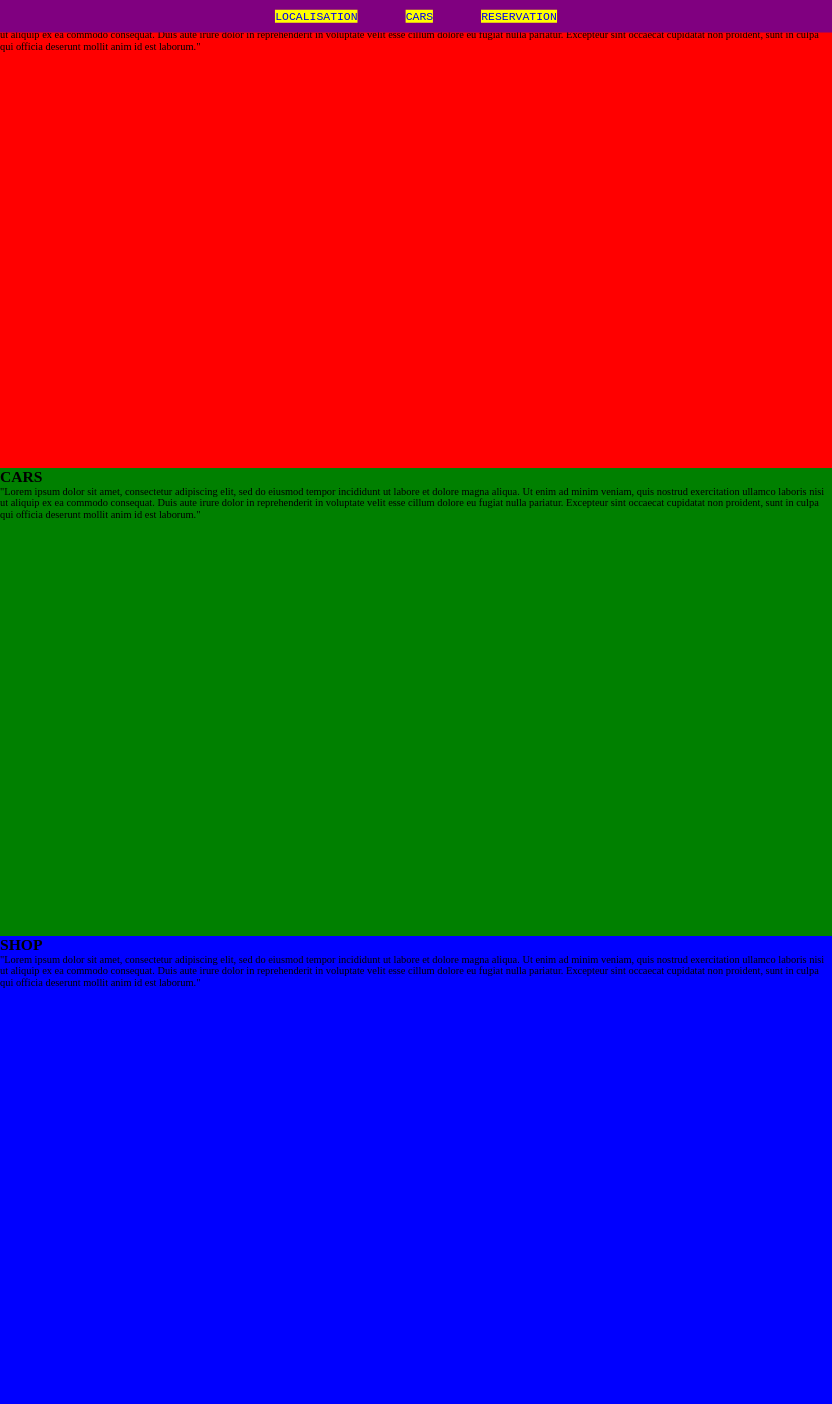
Repository: romgrm/jenaipasdevoiture
Page: src/main/java/fr/romgrm/index.html
The author's editor kept a copy of each file at every save. The page is drawn from the files as they stood at one save, then again after the next save.
The browser window is 1280 px wide. The pictures show the whole page, at 65% of full size.

Above is the page before, as saved 2020-10-15 18:31:28.

### src/main/java/fr/romgrm/index.html
<!DOCTYPE html>
<html lang="fr">
    <head>
        <title>JENAIPASDARGENT</title>
        <link rel="stylesheet" href="style.css" type="text/css"/>
    </head>
    <body>

        <div id="CONTAINER">

            <nav class="navbar">
                <ul>
                    <li id="loc"><a href="#LOCALISATION">LOCALISATION</a></li>
                    <li><a href="#SELECTCAR">CARS</a></li>
                    <li><a href="#RECAPITULATE">RESERVATION</a></li>
                </ul>
            </nav>


            <Section id="LOCALISATION">
                 <h2>HOME</h2>
                 <p>"Lorem ipsum dolor sit amet, consectetur adipiscing elit, sed do eiusmod tempor incididunt ut labore et dolore magna aliqua. Ut enim ad minim veniam, quis nostrud exercitation ullamco laboris nisi ut aliquip ex ea commodo consequat. Duis aute irure dolor in reprehenderit in voluptate velit esse cillum dolore eu fugiat nulla pariatur. Excepteur sint occaecat cupidatat non proident, sunt in culpa qui officia deserunt mollit anim id est laborum."</p>
            </Section>




            <Section id="SELECTCAR">
                <h2>CARS</h2>
                <p>"Lorem ipsum dolor sit amet, consectetur adipiscing elit, sed do eiusmod tempor incididunt ut labore et dolore magna aliqua. Ut enim ad minim veniam, quis nostrud exercitation ullamco laboris nisi ut aliquip ex ea commodo consequat. Duis aute irure dolor in reprehenderit in voluptate velit esse cillum dolore eu fugiat nulla pariatur. Excepteur sint occaecat cupidatat non proident, sunt in culpa qui officia deserunt mollit anim id est laborum."</p>
            </Section>




            <Section id="RECAPITULATE">
                <h2>SHOP</h2>
                <p>"Lorem ipsum dolor sit amet, consectetur adipiscing elit, sed do eiusmod tempor incididunt ut labore et dolore magna aliqua. Ut enim ad minim veniam, quis nostrud exercitation ullamco laboris nisi ut aliquip ex ea commodo consequat. Duis aute irure dolor in reprehenderit in voluptate velit esse cillum dolore eu fugiat nulla pariatur. Excepteur sint occaecat cupidatat non proident, sunt in culpa qui officia deserunt mollit anim id est laborum."</p>
            </Section>



        </div>

### src/main/java/fr/romgrm/style.css
*{
    margin: 0;
    padding: 0;
}

body{

}

.navbar{
    background-color: purple;
    position: fixed;
    top: 0;
    z-index: 1;
    display: flex;
    width: 100%;
    height: 50px;
    font-family: 'Courier New', Courier, monospace;

}

.navbar ul{
    display: flex;
    list-style-type: none;
    width: 100%;
    justify-content: center;
    align-items: center;
    gap: 10px;
}

.navbar ul li{
    margin: 0 1rem;
    padding: 1rem;
}

.navbar ul li a{
    text-decoration: none;
    background-color: yellow;
    zoom: 1.1;
    transition: .5s ease;;
}

.navbar ul li a:hover{

}

#CONTAINER{
    height: 100%;
    width: 100%;

    scroll-behavior: smooth;
}


Section{
    display: flex;
    flex-direction: column;
    width: 100%;
    height: 100vh; /* vh = Viewport Height : permet de dimensioner par rapport à la taille de l'écran*/

}
#LOCALISATION{
    background-color: red;
    margin: 0;
    padding: 0;
}

#SELECTCAR{
    background-color: green;
}

#RECAPITULATE{
    background-color: blue;
}

After the next save:
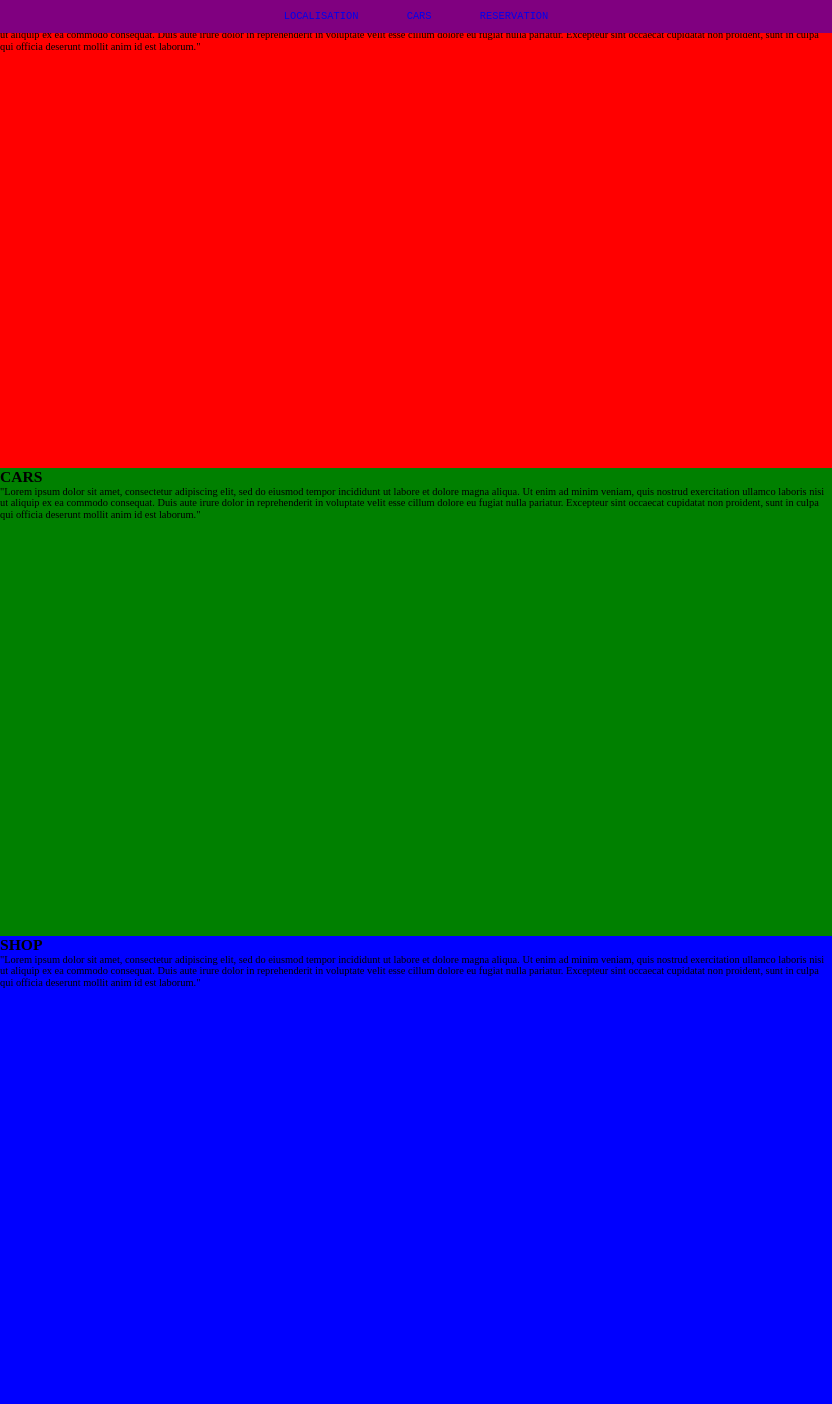
Saved 20 s later.
--- a/src/main/java/fr/romgrm/style.css
+++ b/src/main/java/fr/romgrm/style.css
@@ -35,9 +35,7 @@ body{
 
 .navbar ul li a{
     text-decoration: none;
-    background-color: yellow;
-    zoom: 1.1;
-    transition: .5s ease;;
+
 }
 
 .navbar ul li a:hover{
